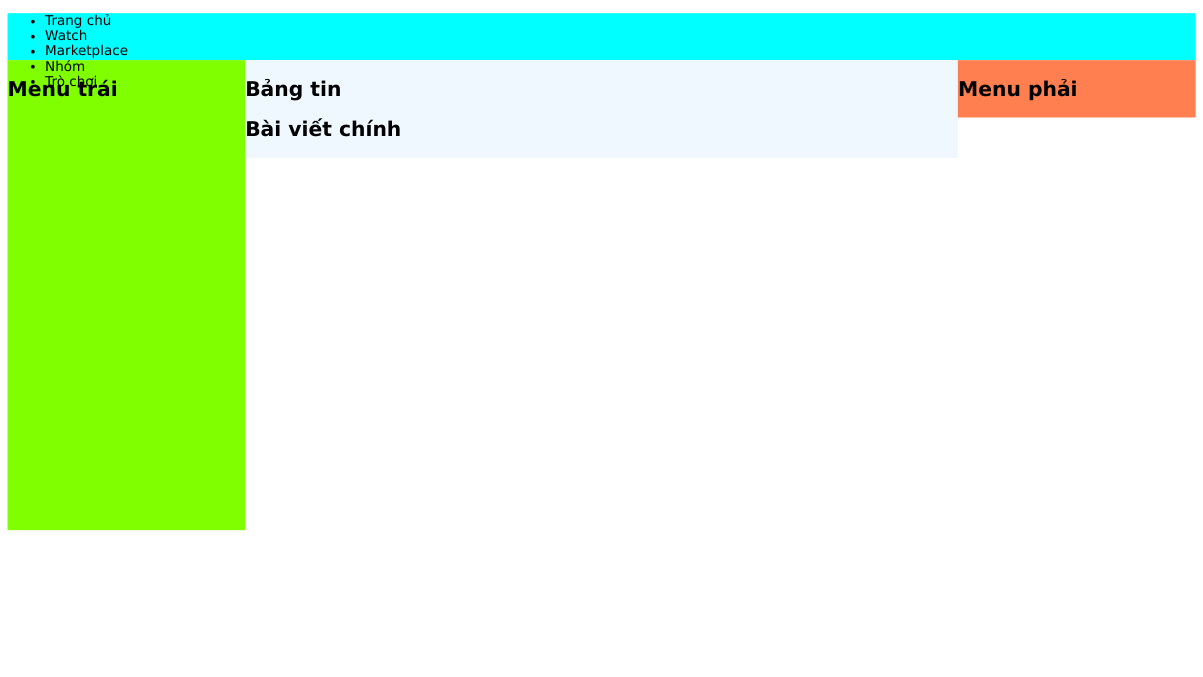
Repository: congle98/CSS_LayoutFacebookCoBan
Page: index.html
These files come from the project's save history. The page is drawn as it stood at one moment and after a run of saves; the edit follows.
The browser window is 1280 px wide. The pictures show the whole page, at 94% of full size.

Above is the page before, as saved 2021-05-26 15:30:11.

### index.html
<!DOCTYPE html>
<html lang="en">
<head>
    <meta charset="UTF-8">
    <meta http-equiv="X-UA-Compatible" content="IE=edge">
    <meta name="viewport" content="width=device-width, initial-scale=1.0">
    <title>Document</title>
    <style>
        body {
            font-family: Verdana,sans-serif;
            font-size: 0.9em;
        }
        header{
            background-color: cyan;
            width: 100%;
            height: 50px;

        }
        #sidebar-left{
            width: 20%;
            float: left;
            background-color: chartreuse;
            height: 500px;
        }
        section{
            width: 60%;
            float: left;
            background-color:aliceblue;
        }
        #sidebar-right{
            width: 20%;
            float: right;
            background-color:coral
        }

    </style>
</head>
<body>
    <header>
        <nav>
            <ul>
                <li>Trang chủ</li>
                <li>Watch</li>
                <li>Marketplace</li>
                <li>Nhóm</li>
                <li>Trò chơi</li>
            </ul>
        </nav>
    </header>
    <div id="sidebar-left">
        <h2>Menu trái</h2>
    </div>
    <section>
        <article>
            <h2>Bảng tin</h2>
        </article>
        <article>
            <h2>Bài viết chính</h2>
        </article>
    </section>
    <div id="sidebar-right">
        <h2>Menu phải</h2>
    </div>
</body>
</html>

After the next 2 saves:
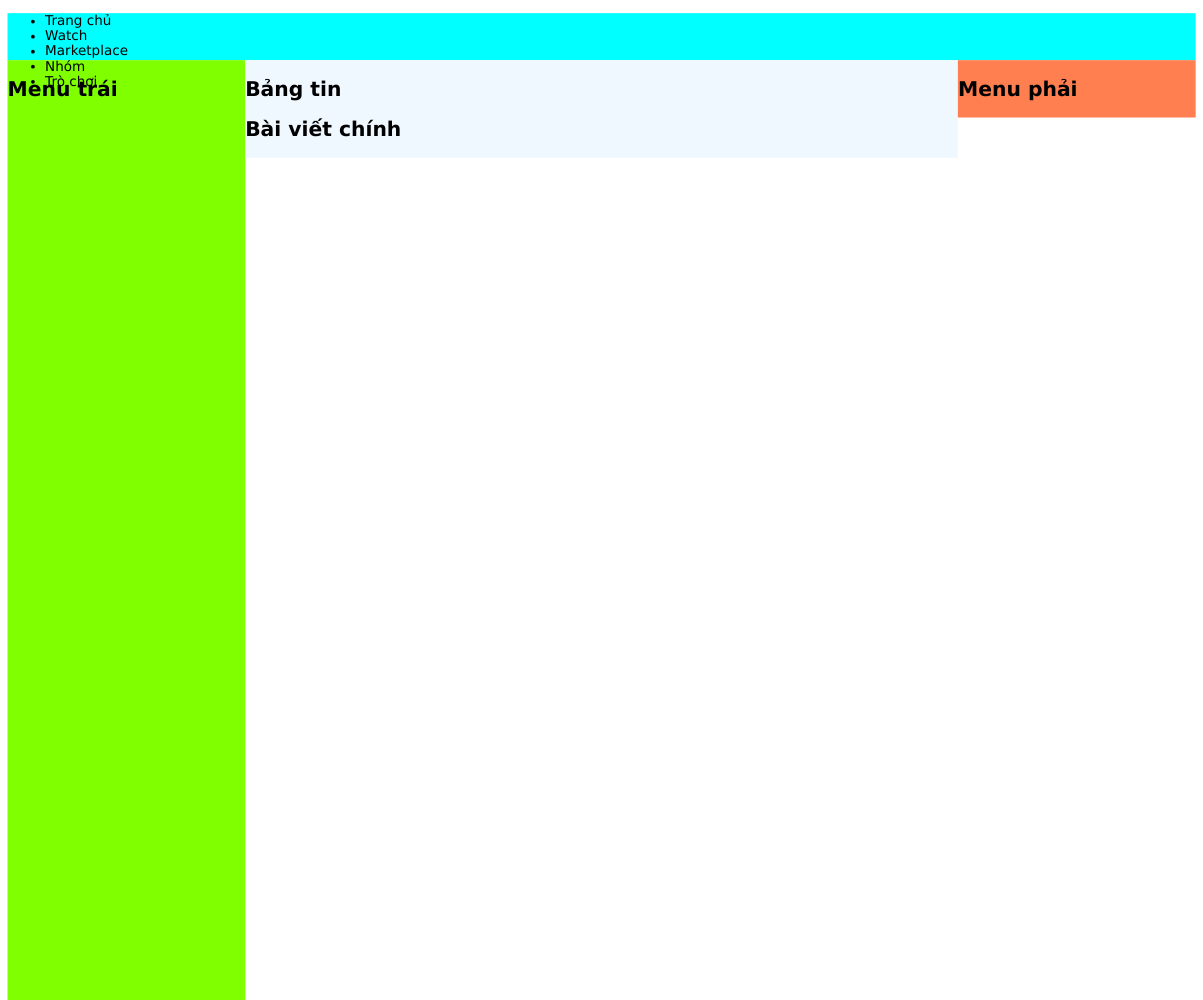
The 2 saves are shown as one change because they came seconds apart.
The last was saved 5 s later.
--- a/index.html
+++ b/index.html
@@ -20,7 +20,7 @@
             width: 20%;
             float: left;
             background-color: chartreuse;
-            height: 500px;
+            height: 1000px;
         }
         section{
             width: 60%;
